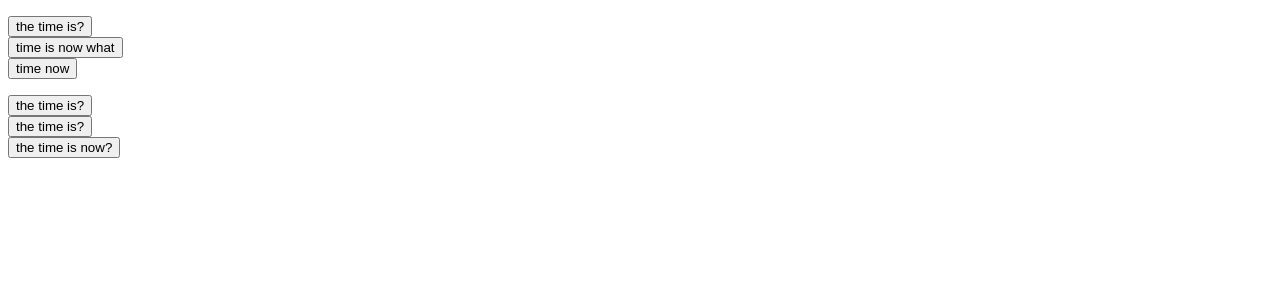
Repository: Dauddaniel/my-clock
Page: Bulb/Event.html
The author's editor kept a copy of each file at every save. The page is drawn from the files as they stood at one save, then again after the next save.
The browser window is 1280 px wide. The pictures show the whole page.

Above is the page before, as saved 2023-05-18 08:51:12.

After the next save:
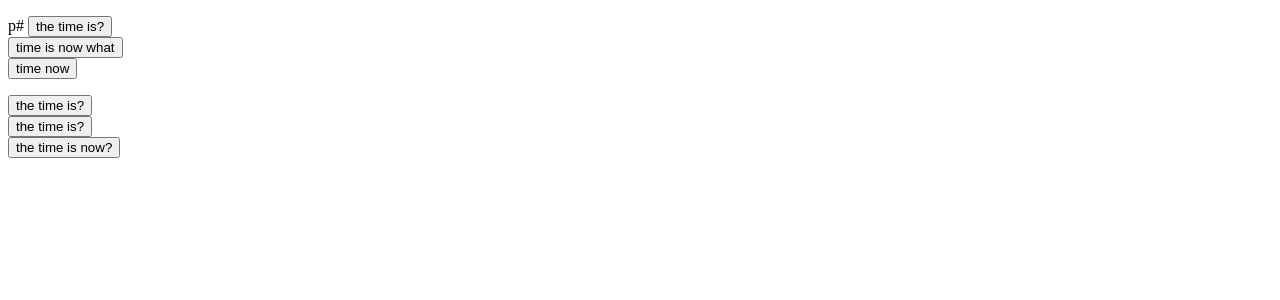
Saved 4 s later.
--- a/Bulb/Event.html
+++ b/Bulb/Event.html
@@ -9,7 +9,7 @@
 <body>
     <p id="myTime"></p>
     <p id="onmouse"></p>
-
+    p#
 
     <button onclick="document.getElementById (demo).innerHTML=date()"> the time is?</button><br>
     <button onmouseout="document.getElementById('onmouse').innerHTML=Date()">time is now what</button> <br>
